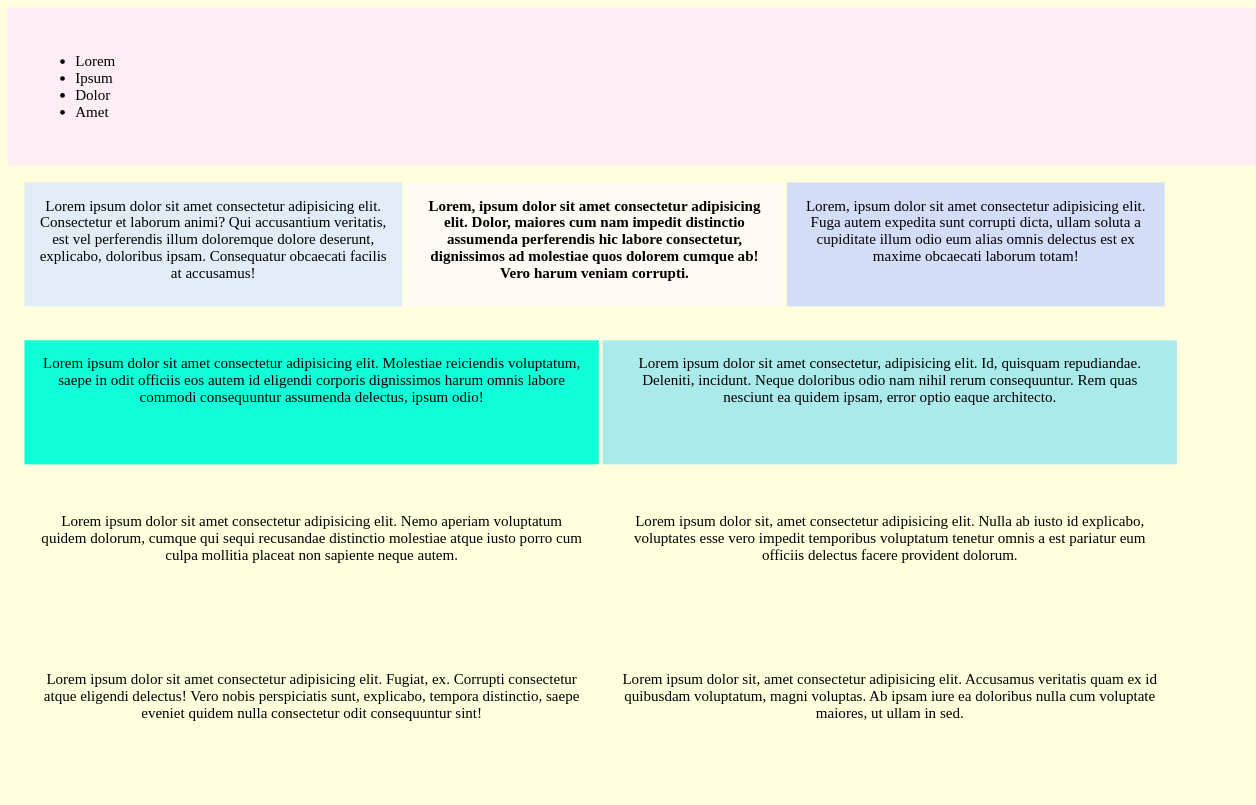
Repository: HTML-a-CSS-2/projekt-portfolio-Angelina555555
Page: .github/index.html
These files come from the project's save history. The page is drawn as it stood at one moment and after the next save; the edit follows.
The browser window is 1280 px wide. The page is 1336 px wide, so the pictures cover 1336 px, including what lies to the right of the window. The pictures show the whole page, at 94% of full size.

Above is the page before, as saved 2022-05-07 23:18:22.

After the next save:
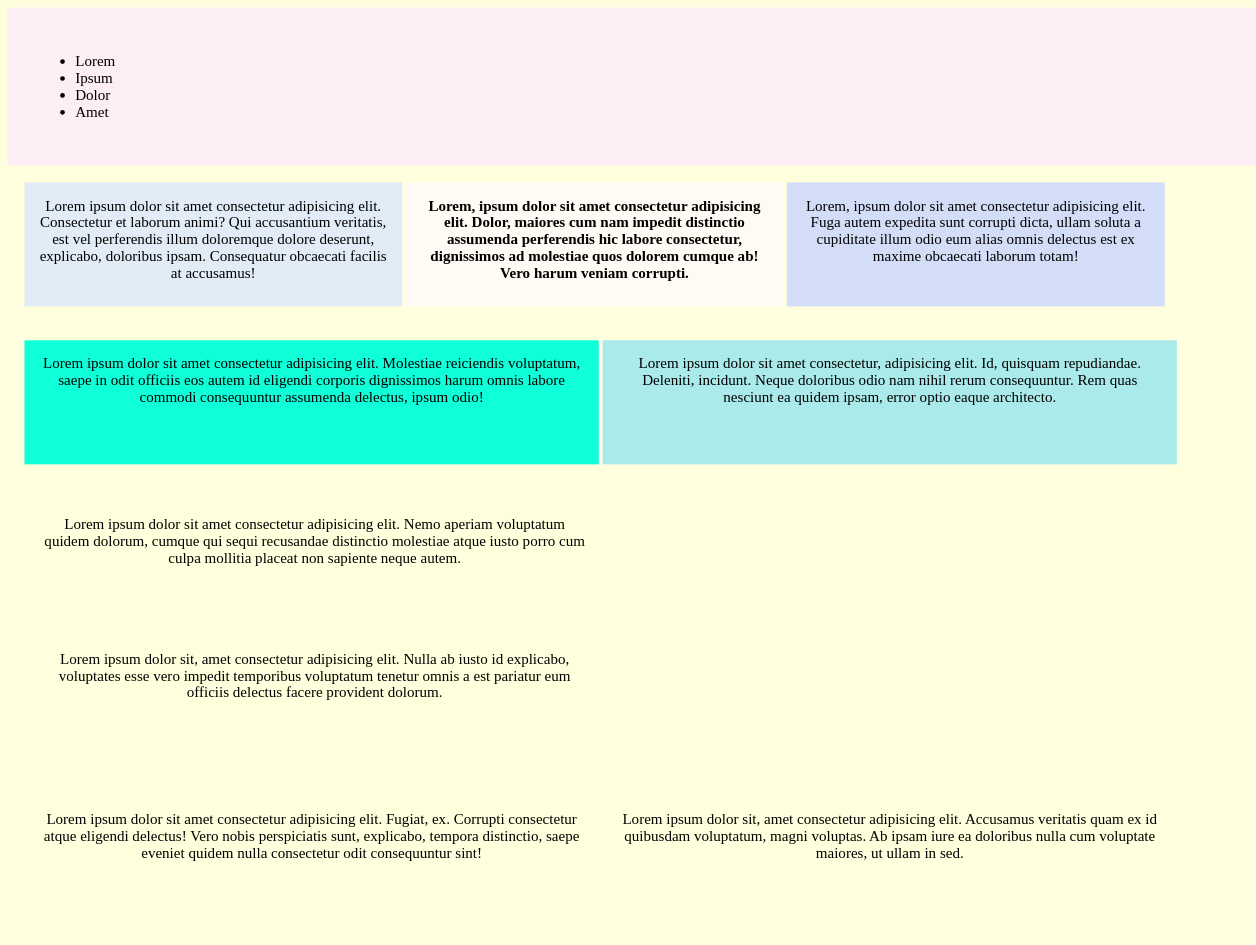
Saved 28 s later.
--- a/.github/default.css
+++ b/.github/default.css
@@ -61,5 +61,5 @@ body {
 }
 .leader__element-sest--padding-big,
 .leader__element-sedm--padding-big {
-  padding: 1, 2rem;
+  padding: 1.2rem;
 }

After the save that followed:
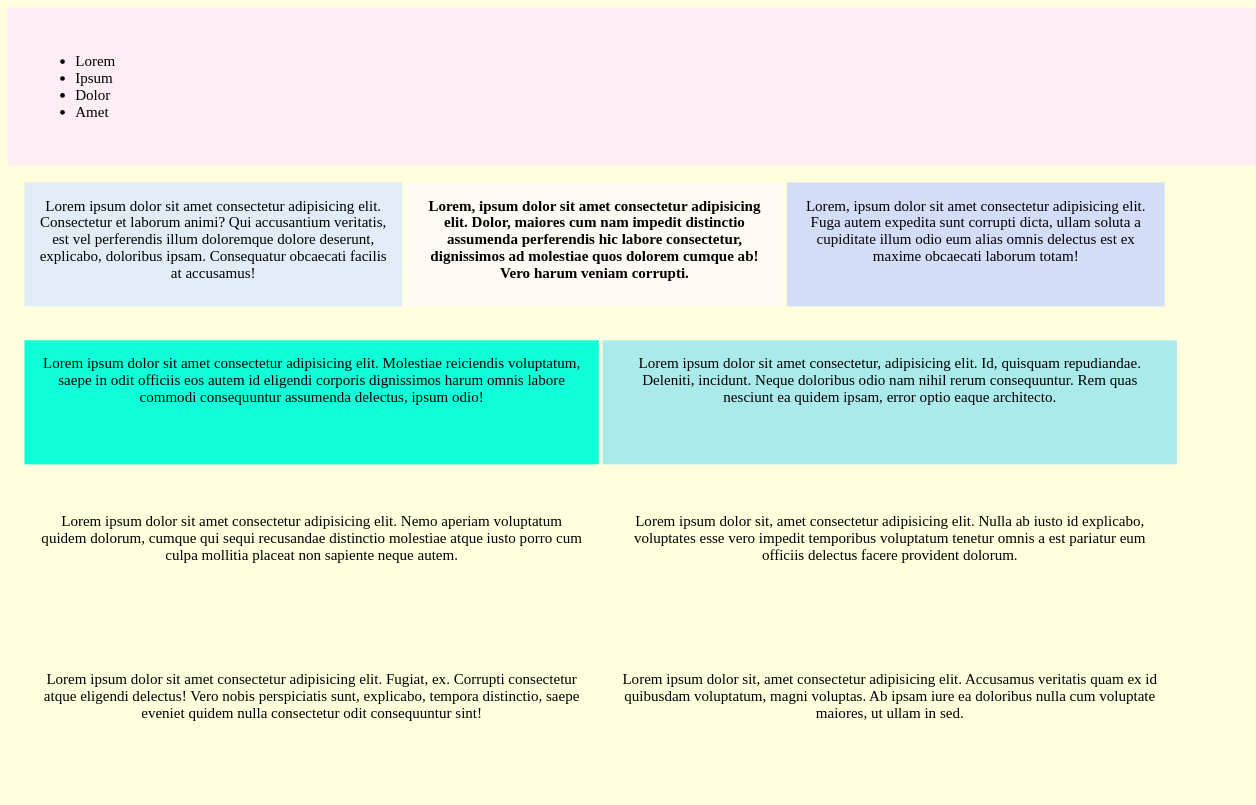
Saved 30 s later.
--- a/.github/index.html
+++ b/.github/index.html
@@ -50,13 +50,13 @@
       </div>
     </div>
     <div class="leader">
-      <div class="leader__element-sest leader__element-sest--padding-big">
+      <div class="leader__element-sest leader__element-sest--padding-small">
         Lorem ipsum dolor sit amet consectetur adipisicing elit. Nemo aperiam
         voluptatum quidem dolorum, cumque qui sequi recusandae distinctio
         molestiae atque iusto porro cum culpa mollitia placeat non sapiente
         neque autem.
       </div>
-      <div class="leader__element-sedm leader__element-sedm--padding-big">
+      <div class="leader__element-sedm leader__element-sedm--padding-small">
         Lorem ipsum dolor sit, amet consectetur adipisicing elit. Nulla ab iusto
         id explicabo, voluptates esse vero impedit temporibus voluptatum tenetur
         omnis a est pariatur eum officiis delectus facere provident dolorum.
